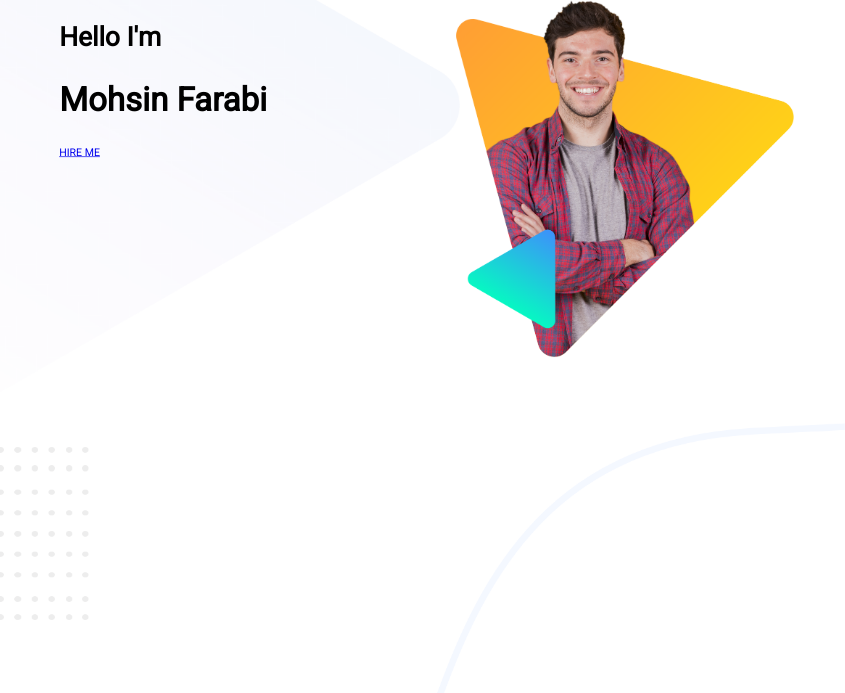
Repository: mohsinfarabi/personal-website
Page: index.html
These files come from the project's save history. The page is drawn as it stood at one moment and after the next save; the edit follows.
The browser window is 1280 px wide. The pictures show the whole page, at 66% of full size.

Above is the page before, as saved 2020-07-01 02:23:31.

### index.html
<!DOCTYPE html>
<html lang="en">

<head>
    <meta charset="UTF-8">
    <meta name="viewport" content="width=device-width, initial-scale=1.0">
    <link href="https://fonts.googleapis.com/css2?family=Roboto" rel="stylesheet">
    <link rel="stylesheet" href="style.css">
    <title>Farabi - Web Developer</title>
</head>

<body>
    <section class="header-part">
        <div class="half-width">
            <h2>Hello I'm</h2>
            <h1>Mohsin Farabi</h1>
            <a class="link-button" target="_blank" href="https://www.linkedin.com/in/mohsin-farabi-68655040/">HIRE ME</a>
        </div>
        <div class="half-width">
            <img src="images/peter.png" alt="">
        </div>
    </section>

</body>

</html>

### style.css
body {
    margin: 0;
    font-family: 'Roboto', sans-serif;
}

h1 {
    font-size: 50px;
}

h2 {
    font-size: 40px;
}

p {
    color: dimgray;
}

section {
    height: 800px;
    padding-bottom: 250px;
}

.biography {
    background-image: url("images/biography-bg.png");
    background-repeat: no-repeat;
}

.header-part {
    background-image: url("images/header-bg.png");
    background-repeat: no-repeat;
    background-size: cover;
}

.half-width {
    width: 40%;
    float: left;
    margin-left: 5%;
    padding-left: 2%;
}

.half-width img {
    width: 100%;
}

After the next save:
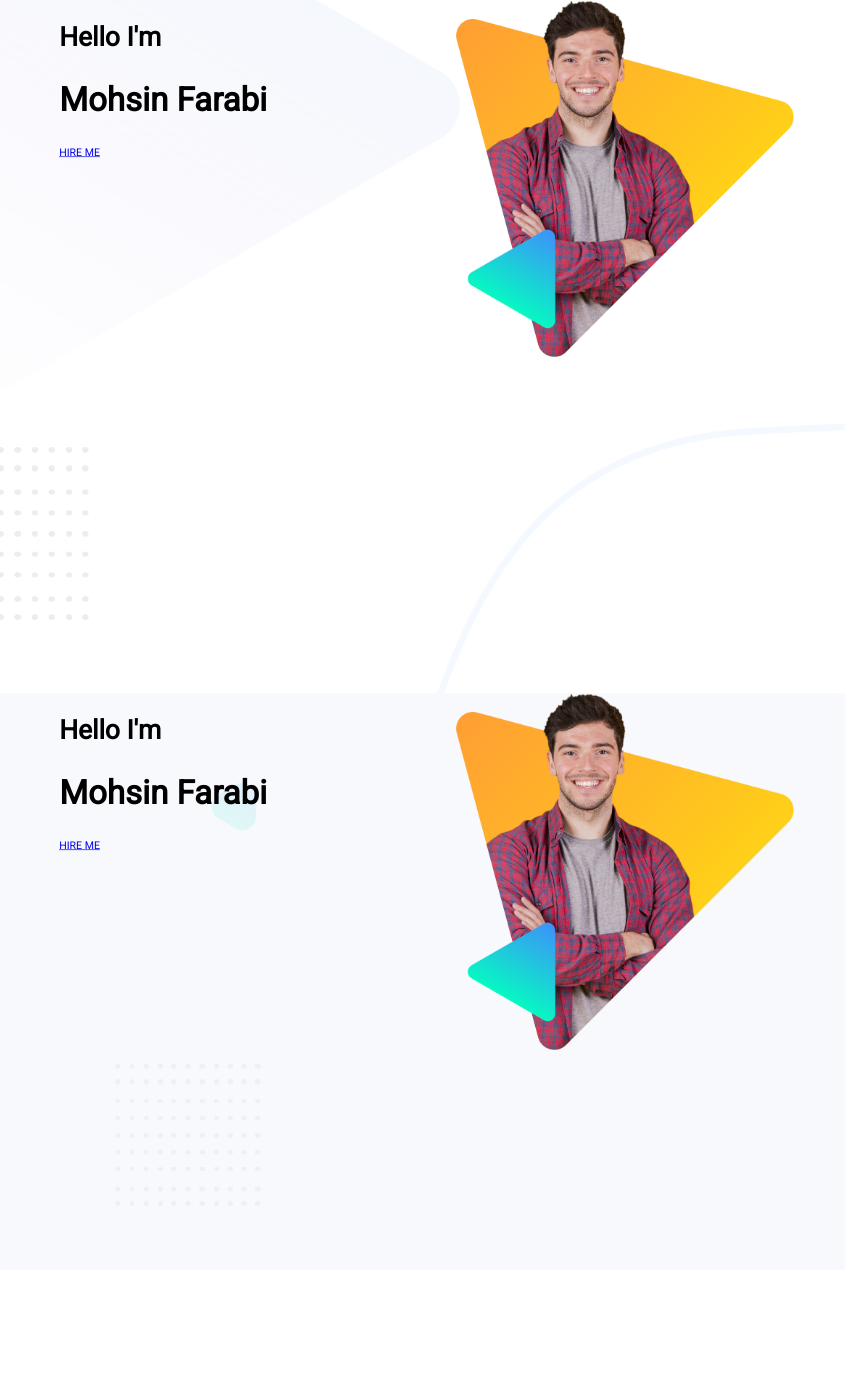
Saved 74 s later.
--- a/index.html
+++ b/index.html
@@ -20,6 +20,17 @@
             <img src="images/peter.png" alt="">
         </div>
     </section>
+    <section class="biography">
+        <div class="half-width">
+            <h2>Hello I'm</h2>
+            <h1>Mohsin Farabi</h1>
+            <a class="link-button" target="_blank" href="https://www.linkedin.com/in/mohsin-farabi-68655040/">HIRE ME</a>
+        </div>
+        <div class="half-width">
+            <img src="images/peter.png" alt="">
+        </div>
+    </section>
+
 
 </body>
 
